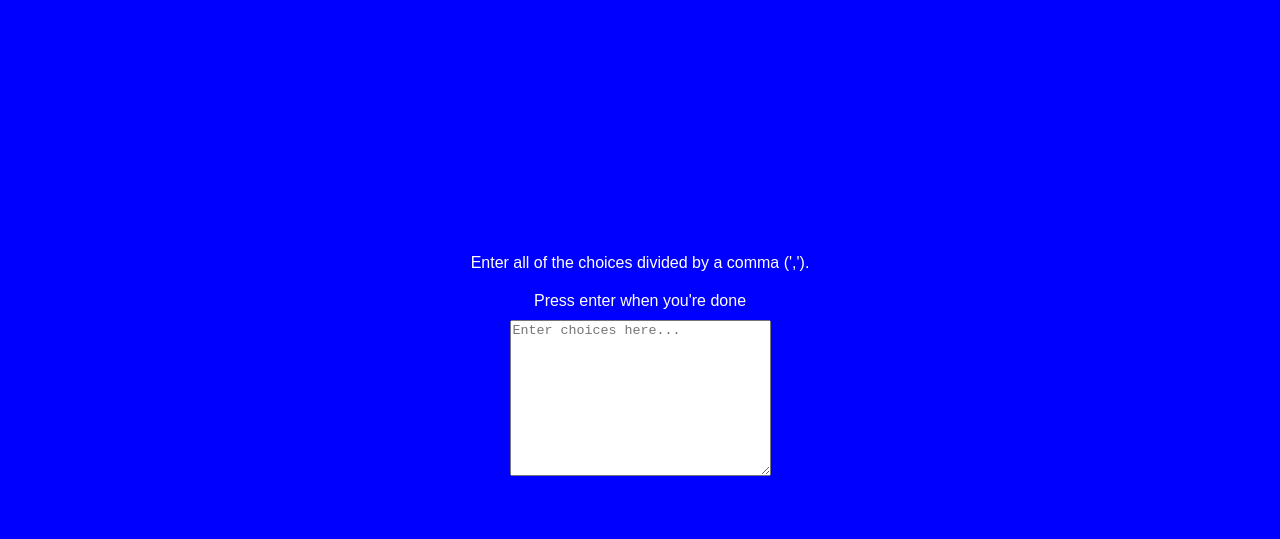
Repository: MMXiaohang/50projects50days-copy
Page: 13-random-choice-picker/1-index.html
An editor plug-in stored every save of this project. The page is shown before and after the next save, followed by the edit.
The browser window is 1280 px wide. The pictures show the whole page.

Above is the page before, as saved 2022-07-24 09:05:39.

After the next save:
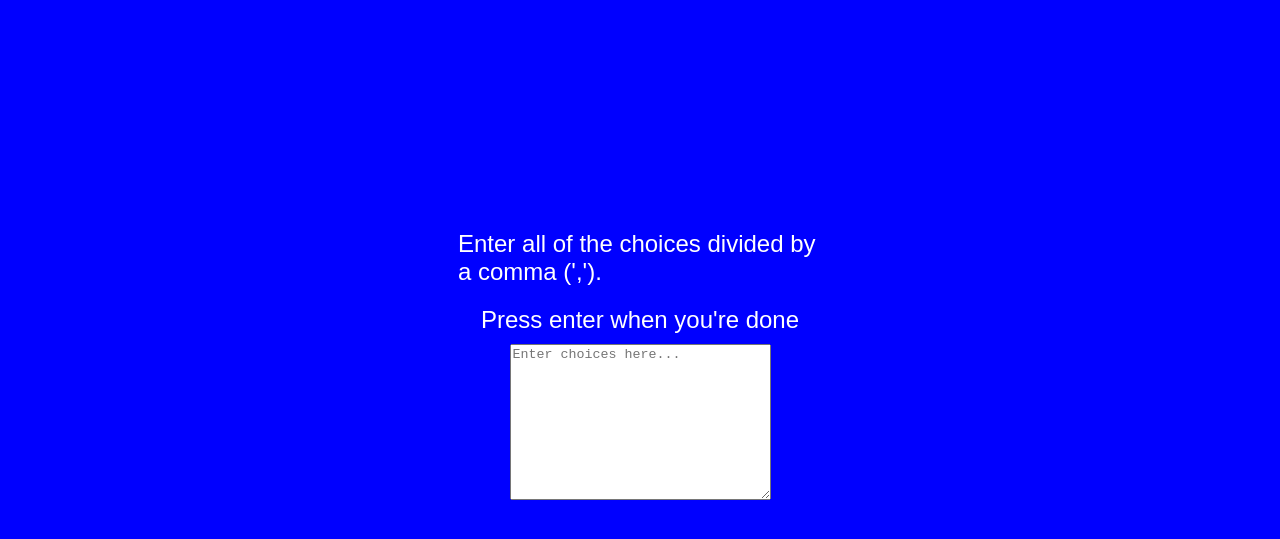
Saved 44 s later.
--- a/13-random-choice-picker/1-style.css
+++ b/13-random-choice-picker/1-style.css
@@ -24,6 +24,6 @@ body {
 
 .container p{
     color: #fff;
-    font-size: 700;
     margin: 10px;
+    font-size: 24px;
 }
